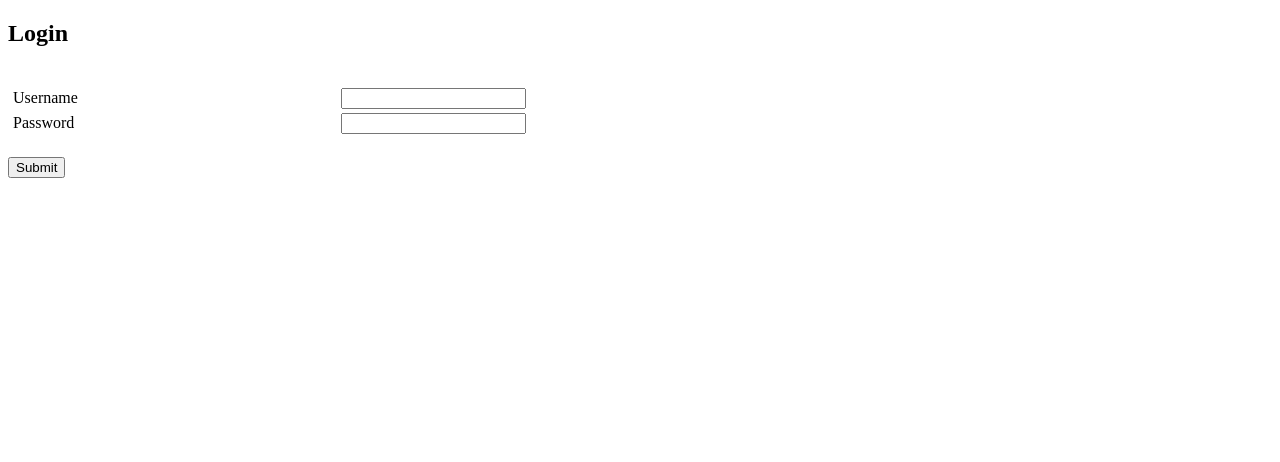
Repository: viraj2623/My_projects
Page: loginandregpr/src/main/webapp/login.html
These files come from the project's save history. The page is drawn as it stood at one moment and after the next save; the edit follows.
The browser window is 1280 px wide. The pictures show the whole page.

Above is the page before, as saved 2025-03-04 08:28:56.

After the next save:
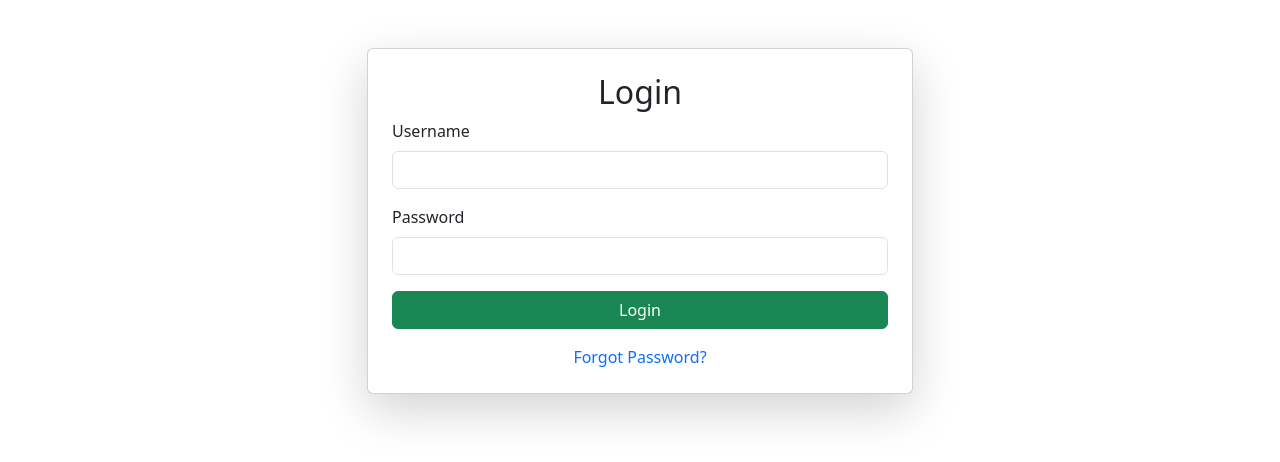
Saved 23 h 25 min later.
--- a/loginandregpr/src/main/webapp/login.html
+++ b/loginandregpr/src/main/webapp/login.html
@@ -1,34 +1,38 @@
 <!DOCTYPE html>
-<html>
+<html lang="en">
 <head>
-<meta charset="UTF-8">
-<title>Insert title here</title>
+    <meta charset="UTF-8">
+    <meta name="viewport" content="width=device-width, initial-scale=1.0">
+    <title>Login</title>
+    <link rel="stylesheet" href="https://cdnjs.cloudflare.com/ajax/libs/bootstrap/5.3.0/css/bootstrap.min.css">
 </head>
 <body>
-<h2>Login</h2>
-<form action="Regandloginsrv" method="service">
-  <div class="container mt-4">
-  <input type="hidden" name="movement" value="login">
-   <table style="width: 95%" class="table">
-    <tr>
-     <td><legend>Username</legend></td>
-     <td><input type="text" name="username" required/></td>
-    </tr>
-    <tr>
-     <td><legend>Password</legend></td>
-     <td><input type="password" name="password" required/></td>
-    </tr>
-    <tr>
-
-
-    <br/>
-    </tr>
-   </table><br/>
-   <input type="submit" class="btn btn-outline-success" value="Submit" />
-
-   </div>
-
-  </form>
-
+    <div class="container mt-5">
+        <div class="row justify-content-center">
+            <div class="col-md-6">
+                <div class="card shadow-lg p-4">
+                    <h2 class="text-center">Login</h2>
+                    <form action="Regandloginsrv" method="post">
+                        <input type="hidden" name="movement" value="login">
+                        <div class="mb-3">
+                            <label for="username" class="form-label">Username</label>
+                            <input type="text" id="username" name="username" class="form-control" required>
+                        </div>
+                        <div class="mb-3">
+                            <label for="password" class="form-label">Password</label>
+                            <input type="password" id="password" name="password" class="form-control" required>
+                        </div>
+                        <div class="d-grid">
+                            <button type="submit" class="btn btn-success">Login</button>
+                        </div>
+                    </form>
+                    <div class="text-center mt-3">
+                        <a href="#" class="text-decoration-none">Forgot Password?</a>
+                    </div>
+                </div>
+            </div>
+        </div>
+    </div>
+    <script src="https://cdnjs.cloudflare.com/ajax/libs/bootstrap/5.3.0/js/bootstrap.bundle.min.js"></script>
 </body>
 </html>
